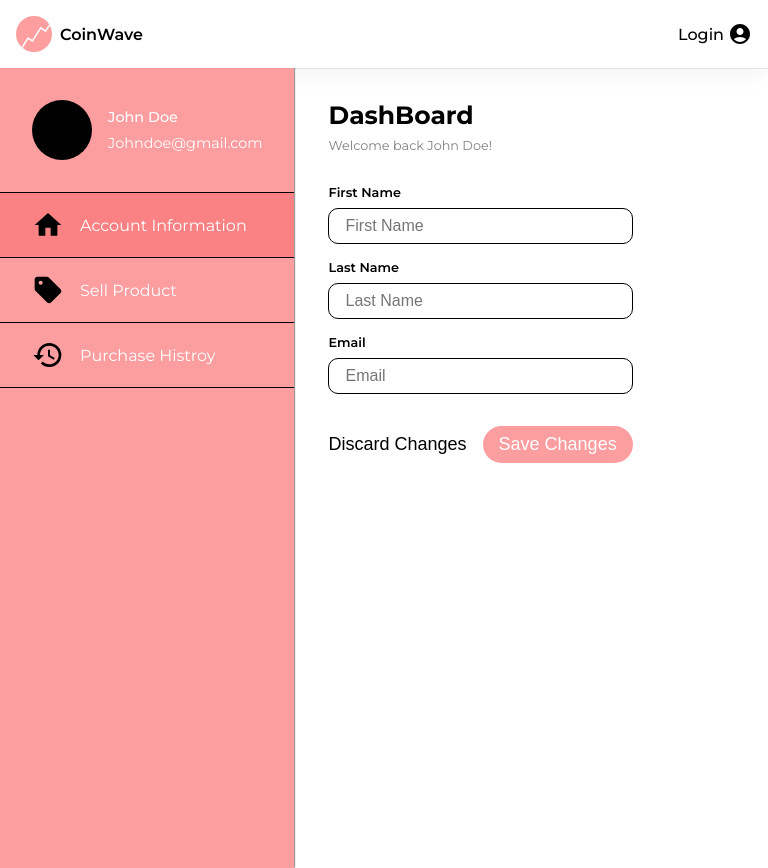
Repository: David-Waite/CoinWave
Page: /account
An editor plug-in stored every save of this project. The page is shown before and after the next save, followed by the edit.
The browser window is 768 px wide. The pictures show the whole page.
The project was rebuilt for these pictures with package versions that can differ from the ones it lists, and the page was loaded fresh each time. The framework's server and built-in components were replaced by stand-ins that run in the browser. Also part of the build but not shown: next.config.js, app/components/account/SellProduct/SellProduct.js, app/components/account/PurchaseHistory/PurchaseHistory.js.

Above is the page before, as saved 2023-08-16 11:32:48.

After the next save:
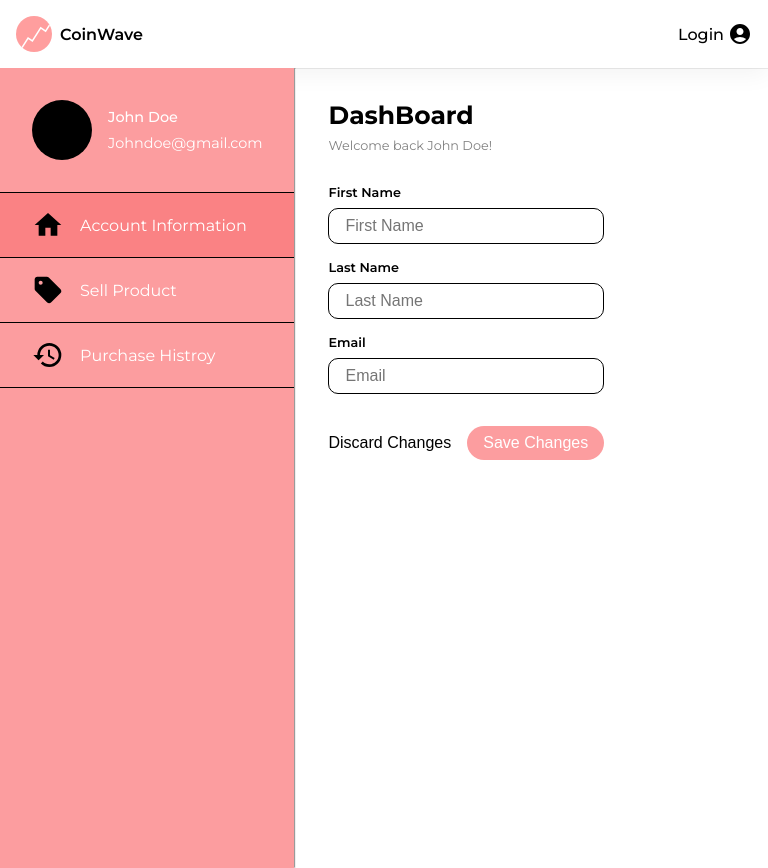
Saved 22 s later.
--- a/app/components/account/AccountInfomation/accountInformation.module.css
+++ b/app/components/account/AccountInfomation/accountInformation.module.css
@@ -82,7 +82,9 @@
   }
   .email,
   .lastName,
-  .firstName {
+  .firstName,
+  .discardChanges,
+  .saveChanges {
     font-size: 16px;
   }
 
